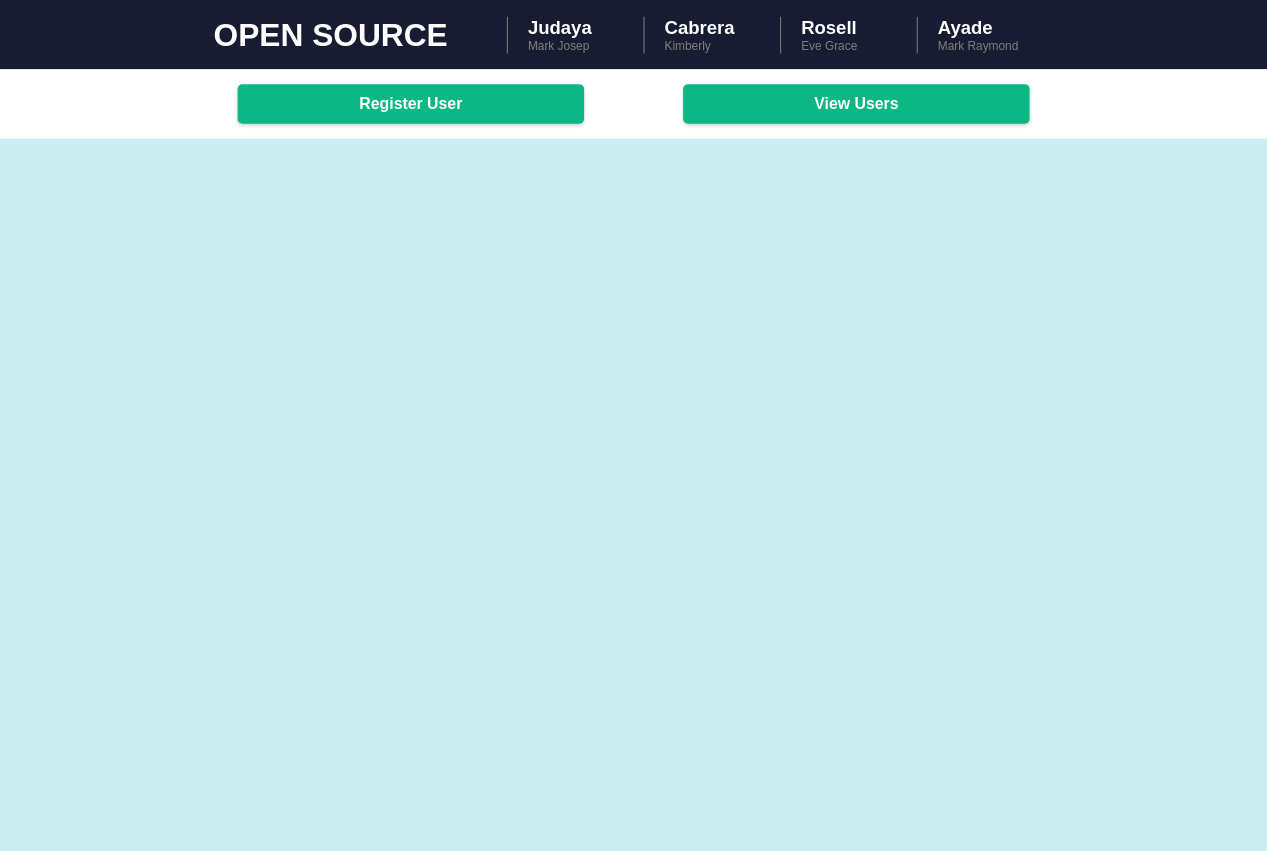
Repository: azkalonz/Int-Prog-2
Page: http://localhost/Int_Prog_2/employee?page=view
These files come from the project's save history. The page is drawn as it stood at one moment and after the next save; the edit follows.
The browser window is 1280 px wide. The pictures show the whole page, at 99% of full size.
The page is served by Tomcat 9. Queries for data that is not in the repository find no rows.

Above is the page before, as saved 2021-03-02 11:12:53.

After the next save:
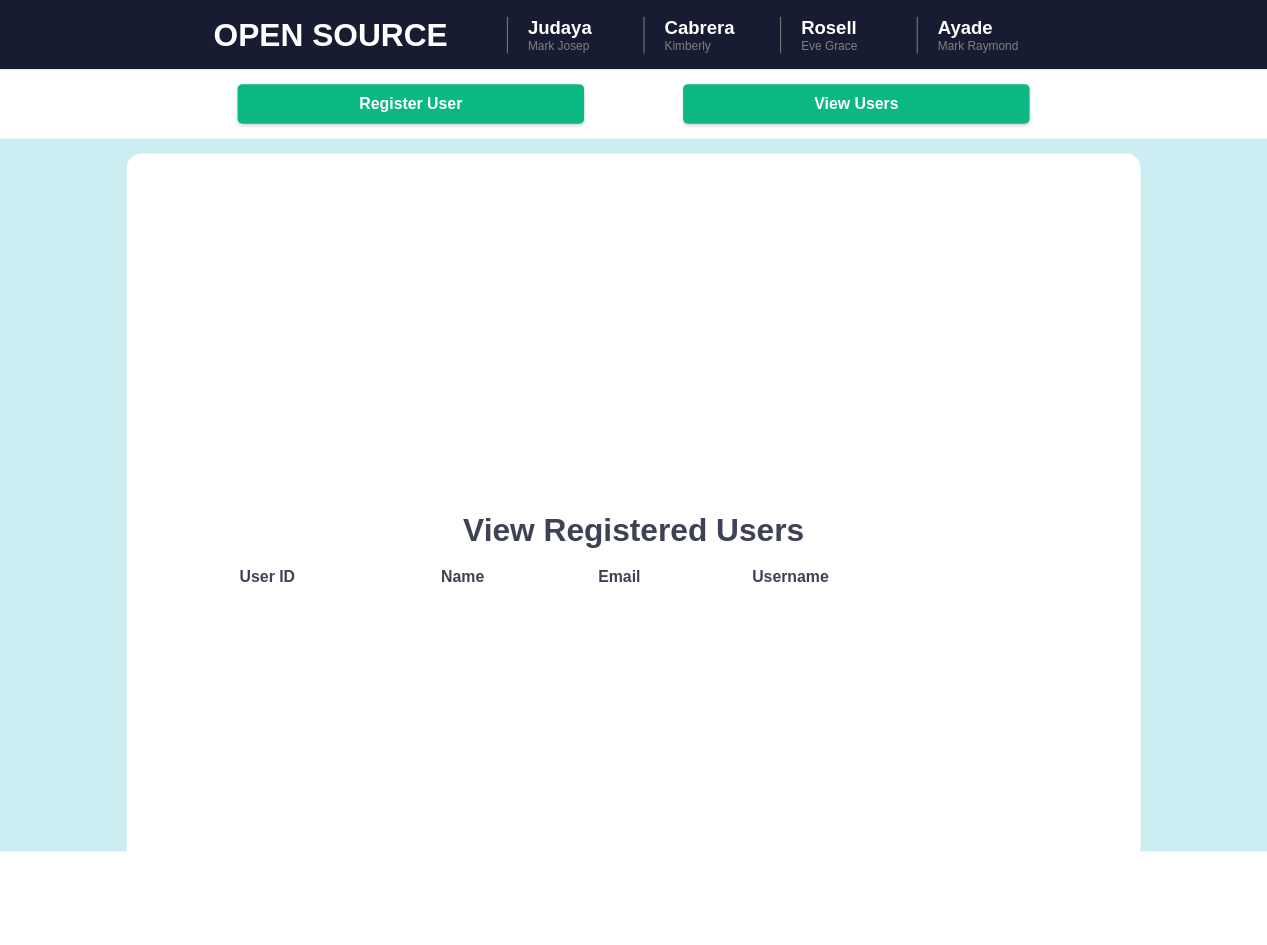
Saved 90 s later.
--- a/Int Prog 2/WebContent/WEB-INF/views/employees.jsp
+++ b/Int Prog 2/WebContent/WEB-INF/views/employees.jsp
@@ -2,10 +2,29 @@
 
 <jsp:include page="/WEB-INF/layout/header.jsp" />
 
-<c:forEach items="${employees}" var="employee">
-    <tr>
-        <td>${employee.firstname}</td>
-    </tr>
-</c:forEach>
+<div class="tableCon">
+            <h1>View Registered Users</h1>
+            <br>
+            <table id="theTable">
+                <thead>
+                    <tr>
+                        <th>User ID</th>
+                        <th>Name</th>
+                        <th>Email</th>
+                        <th>Username</th>
+                    </tr>
+                </thead>
+                <tbody>
+                    <c:forEach items="${employees}" var="employee">
+					    <tr>
+					        <td>${employee.employeeID}</td>
+					        <td>${employee.firstname} ${employee.lastname}</td>
+					        <td>${employee.email}</td>
+					        <td>${employee.username}</td>
+					    </tr>
+					</c:forEach>
+                </tbody>
+            </table>
+        </div>
 
 <jsp:include page="/WEB-INF/layout/footer.jsp" />
